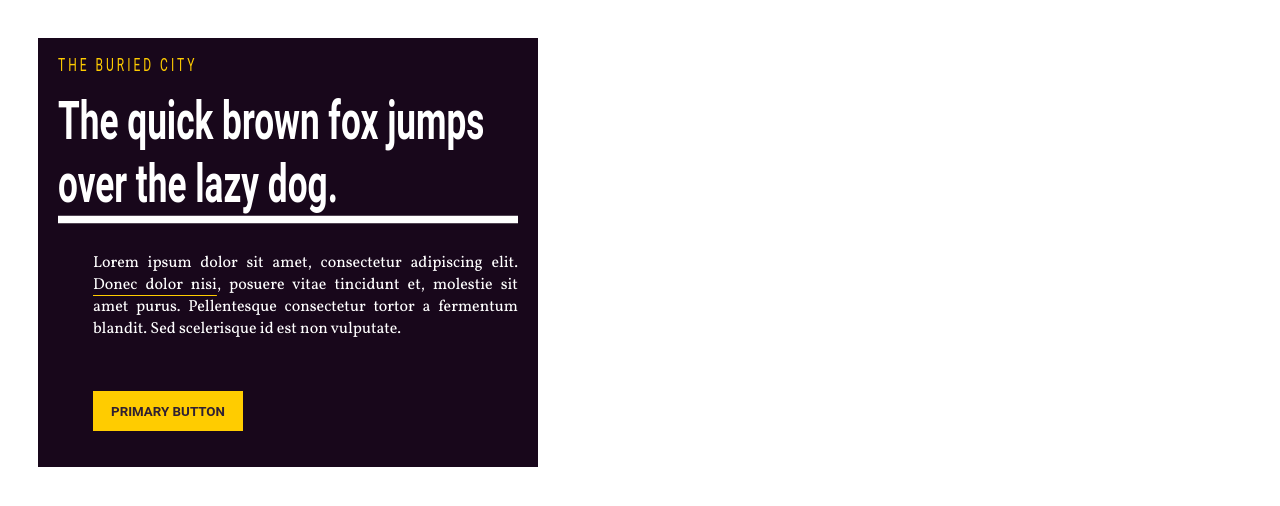
Repository: rafigabriel/TP2---Web-I
Page: ex03-css/index.html
The author's editor kept a copy of each file at every save. The page is drawn from the files as they stood at one save, then again after the next save.
The browser window is 1280 px wide. The pictures show the whole page.

Above is the page before, as saved 2024-09-09 18:24:39.

After the next save:
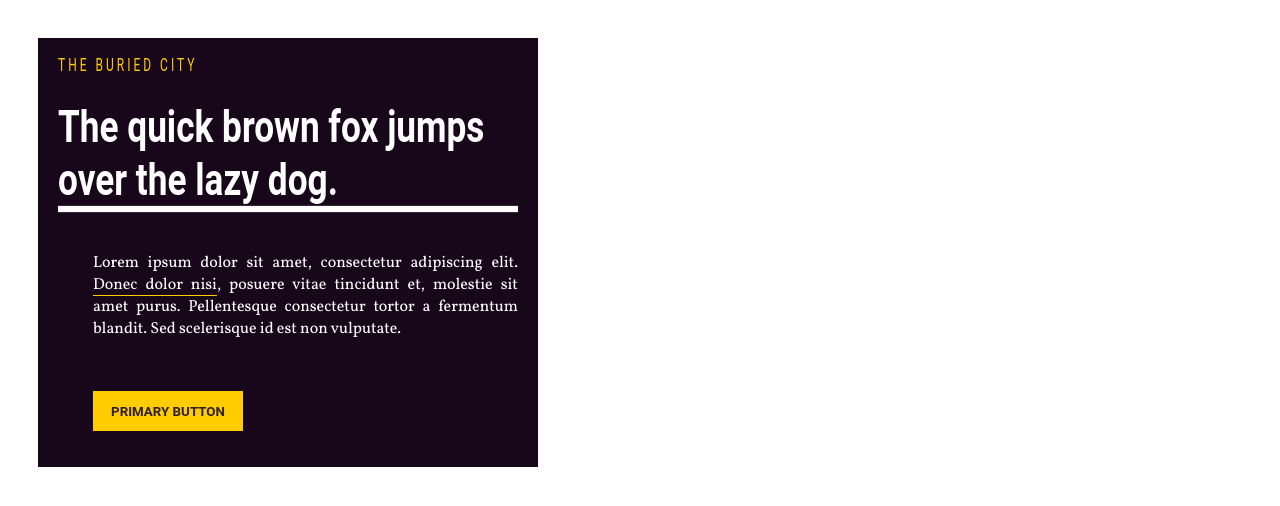
Saved 10 s later.
--- a/ex03-css/style.css
+++ b/ex03-css/style.css
@@ -18,7 +18,7 @@ h1{
     margin-bottom: 0;
     margin-top: 40px;
     border-bottom: 5px solid white;
-    transform: scale(1,1.5);
+    transform: scale(1,1.25);
 }
 p{
     text-align: justify;
